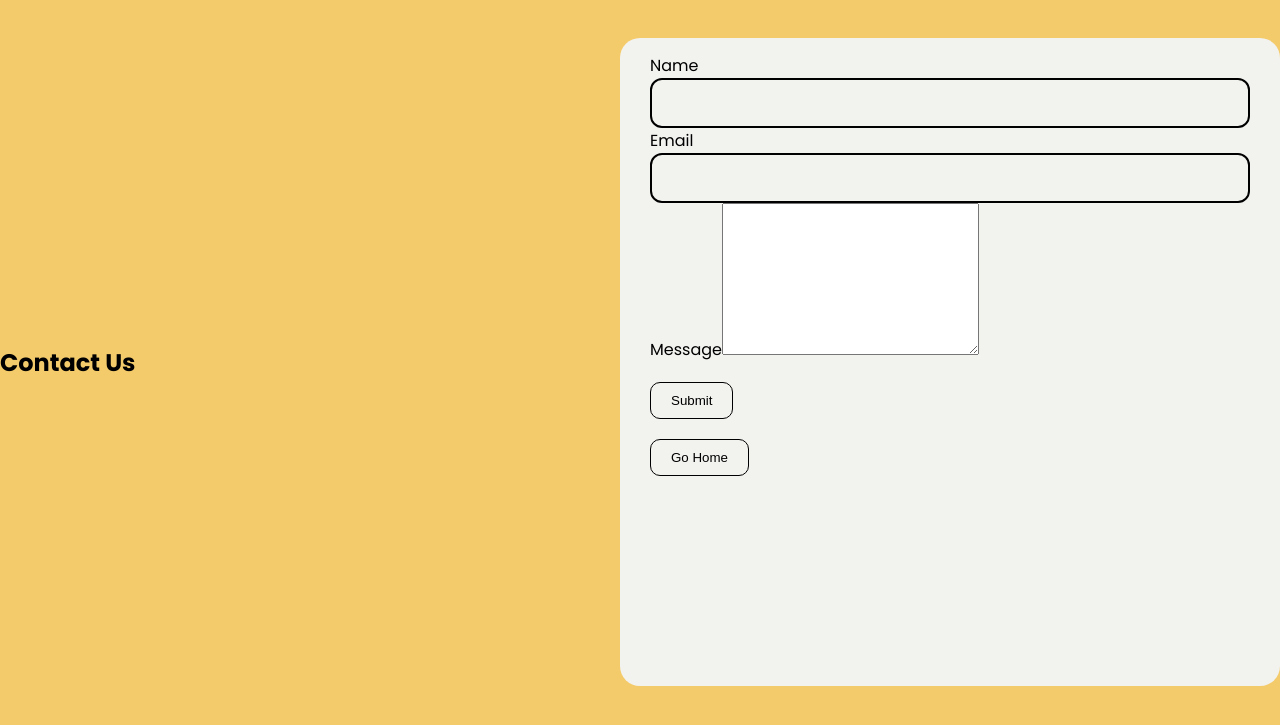
Repository: ble-syn/Random-user-generator-app
Page: /contact
The author's editor kept a copy of each file at every save. The page is drawn from the files as they stood at one save, then again after the next save.
The browser window is 1280 px wide. The pictures show the whole page.
The project was rebuilt for these pictures with package versions that can differ from the ones it lists, and the page was loaded fresh each time. Also part of the build but not shown: src/components/Navbar.jsx, src/components/pagination.jsx, src/components/ErrorFallback.jsx, src/components/User.jsx, src/pages/Home.jsx, src/pages/About.jsx, src/pages/Vision.jsx, src/pages/Mission.jsx and 1 more.

Above is the page before, as saved 2022-10-28 19:14:14.

After the next save:
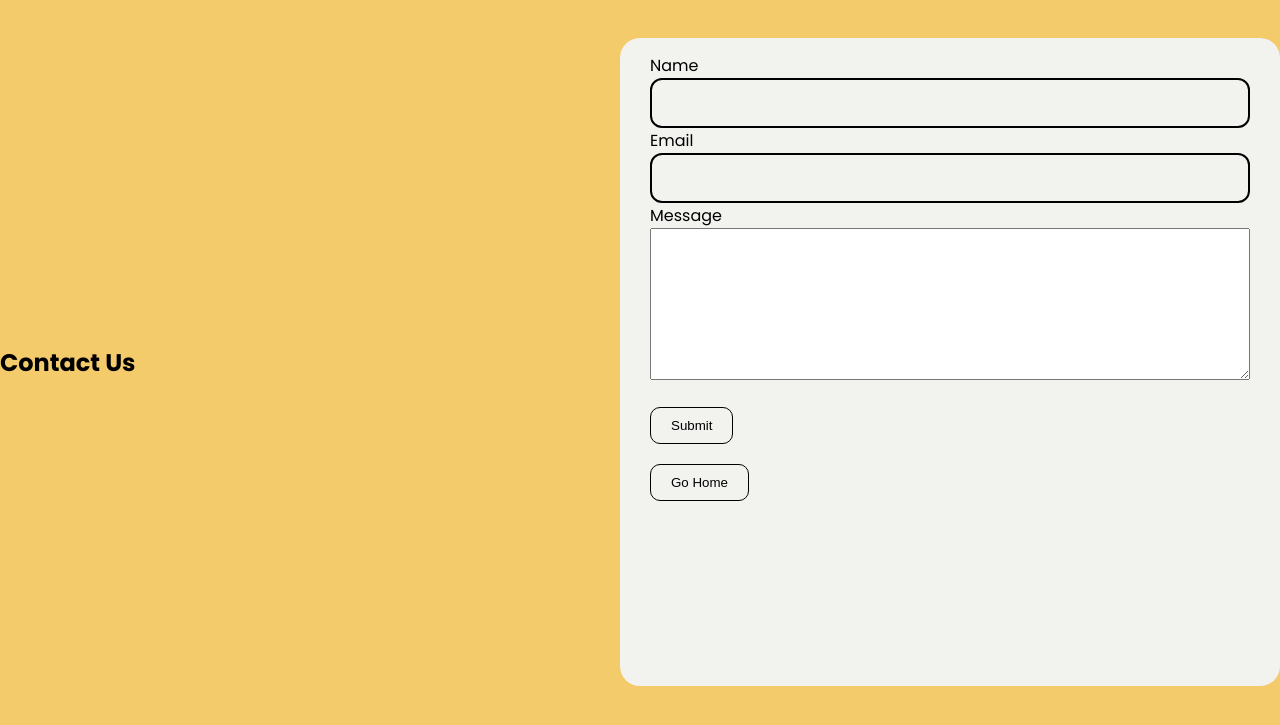
Saved 28 s later.
--- a/src/index.css
+++ b/src/index.css
@@ -184,3 +184,6 @@ background-color: #8DCC50;
 input {
   border: 2px solid black;
 }
+textarea {
+  width: 100%;
+}
